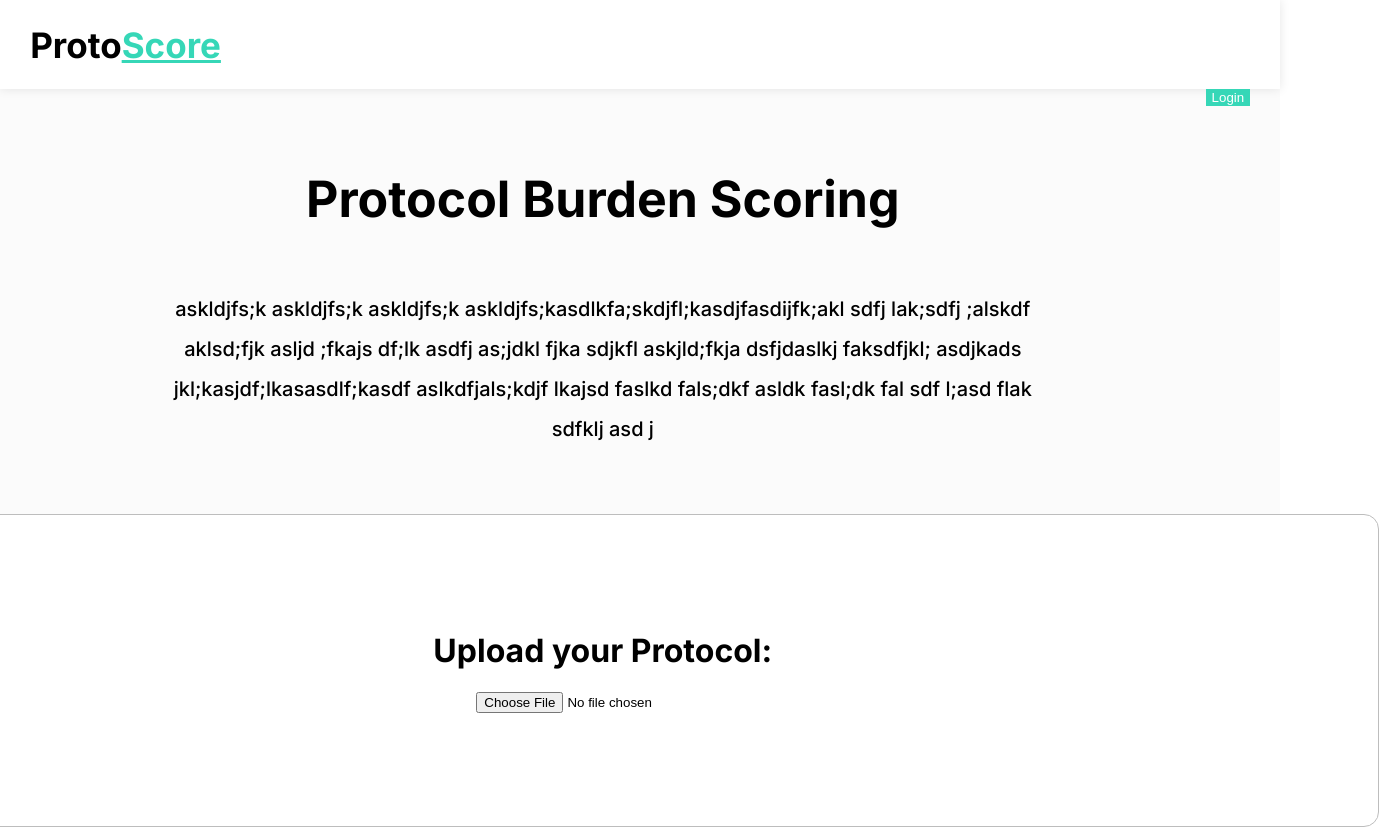
Repository: evanc108/Regeneron2024
Page: / (app in regeneron/)
These files come from the project's save history. The page is drawn as it stood at one moment and after the next save; the edit follows.
The browser window is 1280 px wide. The page is 1379 px wide, then 1365 px, so the pictures cover 1379 px, including what lies to the right of the window. The pictures show the whole page.
The project was rebuilt for these pictures with package versions that can differ from the ones it lists, and the page was loaded fresh each time.

Above is the page before, as saved 2024-05-14 02:34:20.

### regeneron/src/App.js
import './App.css';
import React, { useState } from 'react';
import Feedback from './pages/Feedback';


function App() {
  return (
    <div className="App">
      <div style={{backgroundColor: "white", width: "100%", padding: "0.2px", boxShadow: "0px 0px 10px rgba(0, 0, 0, 0.1)"}}>
        <h1 style={{ marginLeft: "30px", fontSize: "35px", textAlign: "left"}}>
          <span style={{color: "black"}}>Proto</span>
          <span style={{color: "#36d7b7", textDecoration: "underline"}}>Score</span>
        </h1>
        <button style={{float: "right", marginRight: "30px", backgroundColor:"#36d7b7", border:"none", color:"white"}}>Login</button>
      </div>


      {/* <input value={inputValue} onChange={handleChange}></input>
      <button onClick={sendRequest}>Click me</button>
      <div>
        <p>Physical Burden: {burden.physical}</p>
        <p>Logistical Burden: {burden.logistical}</p>
        <p>Financial: {burden.financial}</p>
        <p>Psychological Burden: {burden.psychological}</p>
      </div> */}
      <Feedback></Feedback>
    </div>
  );
}

export default App;

### regeneron/src/App.css
.App {
  text-align: center;
  background-color: #fbfbfb;
  margin: 0;
  height: 110vh;
}

body {
  font-family: 'Inter', sans-serif;
  margin: 0;
  padding: 0;
  height: 110vh;
}

.App-logo {
  height: 40vmin;
  pointer-events: none;
}

@media (prefers-reduced-motion: no-preference) {
  .App-logo {
    animation: App-logo-spin infinite 20s linear;
  }
}

.App-header {
  background-color: #282c34;
  min-height: 100vh;
  display: flex;
  flex-direction: column;
  align-items: center;
  justify-content: center;
  font-size: calc(10px + 2vmin);
  color: white;
}

.App-link {
  color: #61dafb;
}

@keyframes App-logo-spin {
  from {
    transform: rotate(0deg);
  }
  to {
    transform: rotate(360deg);
  }
}

### regeneron/src/pages/Feedback.js
import React, { useState } from 'react';
import '../styles/feedback.css';
import { handleExtraction } from '../openAIServices';
import { PropagateLoader } from 'react-spinners';

function Feedback() {
    const [fileUploaded, setFileUploaded] = useState(false);
    const [loading, setLoading] = useState(false);
    const [burden, setBurden] = useState({});
    const [pdfUrl, setPdfUrl] = useState("");

    const handleFileUpload = async (text) => {
        setLoading(true);
        // Uncomment and use when API is connected
        // const response = await handleExtraction(text);
        // setBurden(response);
        setFileUploaded(true);
        setLoading(false);
    };

    function extractText(event) {
        const file = event.target.files[0];
        if (file) {
            const url = URL.createObjectURL(file);
            setPdfUrl(url);
            setFileUploaded(true);

            const reader = new FileReader();
            reader.onload = async (e) => {
                const text = await reader.result;
                console.log(text);
                handleFileUpload(text);
            };
            reader.readAsText(file);
        }
    }

    return (
        <div className="feedback-container">
            {!fileUploaded && (
                <div style={{display:"flex", flexDirection:"column", justifyContent:"center", alignItems:"center", marginTop:"5%"}}>
                    <div className="onboarding">
                        <h1 style={{fontSize:"50px", marginBottom:"40px"}}>Protocol Burden Scoring</h1>
                        <p style={{textOverflow: "ellipsis", whiteSpace: "normal", width: "900px", lineHeight:"40px"}}>
                            askldjfs;k askldjfs;k askldjfs;k askldjfs;kasdlkfa;skdjfl;kasdjfasdijfk;akl sdfj lak;sdfj ;alskdf aklsd;fjk asljd ;fkajs df;lk asdfj as;jdkl fjka sdjkfl askjld;fkja dsfjdaslkj faksdfjkl; asdjkads jkl;kasjdf;lkasasdlf;kasdf aslkdfjals;kdjf lkajsd faslkd fals;dkf asldk fasl;dk fal sdf l;asd flak sdfklj asd j</p>
                    </div>
                    <div className='upload-file'>
                        {!fileUploaded && !loading && (
                            <div>
                                <h1>Upload your Protocol:</h1>
                                <input
                                    type="file"
                                    accept=".pdf"
                                    onChange={extractText}
                                />
                            </div>
                        )}
                        {loading && (
                            <div style={{ marginTop: "30px" }}>
                                <h2>Calculating Burden...</h2>
                                <PropagateLoader color="#36d7b7" />
                            </div>
                        )}
                    </div>
                </div>
            )}

            {fileUploaded && !loading && (
                <div className="protocol-container">
                    <div className="iframe-container">
                        <iframe src={pdfUrl} style={{ width: '100%', height: '100%' }}></iframe>
                    </div>
                </div>
            )}
            {fileUploaded && !loading && (
                <div className="score-container">
                    <div>
                        <p style={{ fontSize: '17px', fontWeight: '300', marginBottom: '-3px' }}>Burden Score</p>
                        <span style={{ fontSize: '50px', fontWeight: '600' }}>{burden.score || 'N/A'}</span>
                    </div>
                </div>
            )}
        </div>
    );
}

export default Feedback;

### regeneron/src/styles/feedback.css
.feedback-container {
    display: flex;
    flex-direction: row;
    justify-content: center;
    margin-top: -2.5%;
}

.onboarding {
    font-size: 20px;
    font-weight: 500;
    margin-top: 2%;
    display: flex;
    flex-direction: column;
    justify-content: center;
    align-items: center;
}

.upload-file {
    border-color: rgb(189, 189, 189);
    border-width: 1px;
    border-style: solid;
    padding-left: 100px;
    padding-right: 100px;
    width: 150%;
    height: 30vh;
    margin-top: 5%;
    border-radius: 15px;
    background-color: white;
    overflow: hidden;
    padding-top: 10.5%;
}

.protocol-container {
    border-color: rgb(189, 189, 189);
    border-width: 1px;
    border-style: solid;
    padding-left: 100px;
    padding-right: 100px;
    width: 40%;
    height: 68vh;
    margin-top: 5%;
    border-radius: 15px;
    background-color: white;
    overflow: hidden;
    padding-top: 10.5%;
}

.score-container {
    border-color: rgb(189, 189, 189);
    border-width: 1px;
    border-style: solid;
    padding: 100px;
    width: 10%;
    height: 65.3vh;
    margin-top: 5%;
    border-radius: 15px;
    background-color: white;
    margin-left: 30px;
}

.score {
    font-size: large;
}

.unique-score {
    font-size: 86px;
    font-weight: 500;
}


.iframe-container {
    top: -28%;
    width: 130%;
    left: -15%;
    height: 150%;  /* Adjust height as needed */
    overflow: hidden;
    position: relative;
}

Loaded but not shown: regeneron/public/index.html (common file); regeneron/src/index.js (common file); regeneron/src/openAIServices.js (no copy from this time; the picture is the same without it)

After the next save:
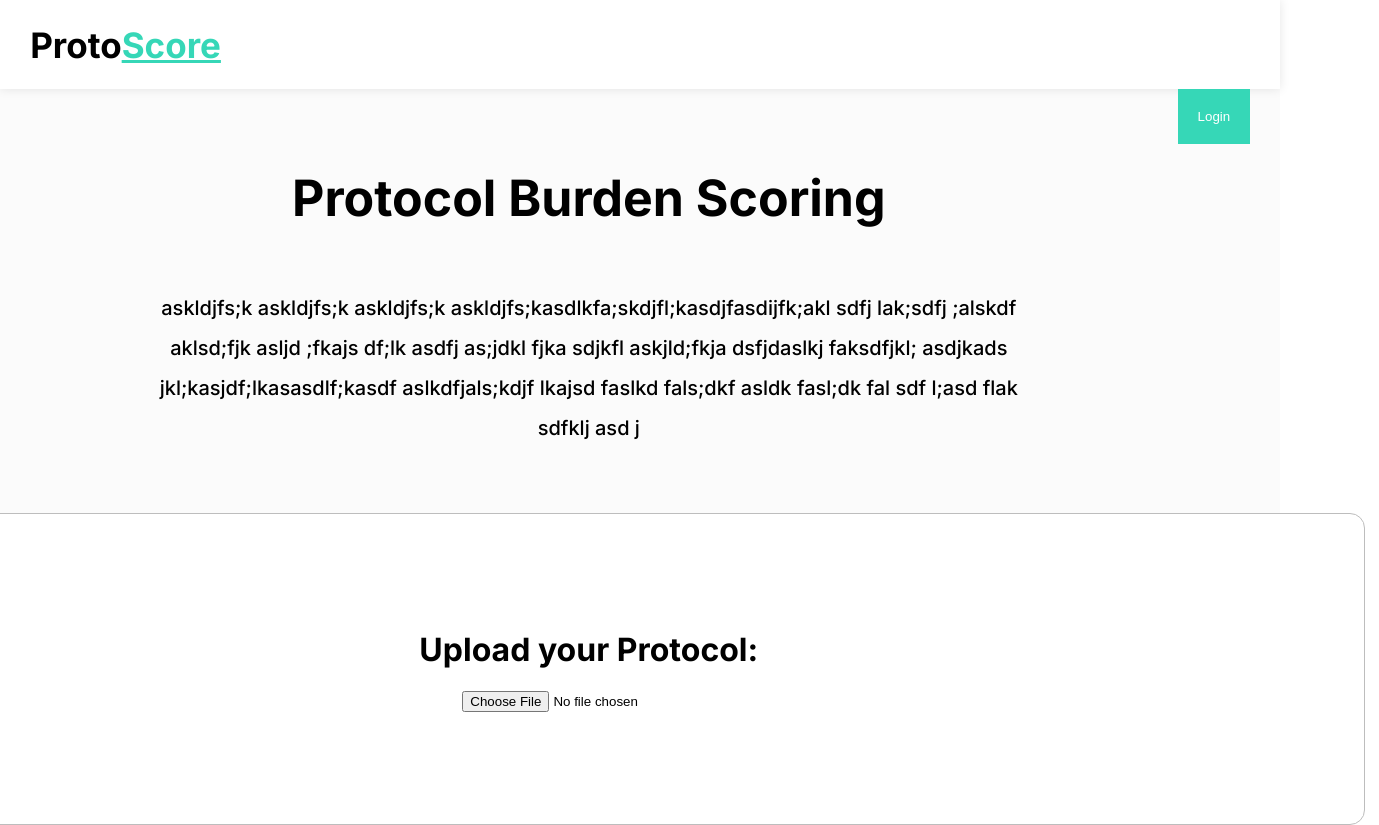
Saved 11 s later.
--- a/regeneron/src/App.js
+++ b/regeneron/src/App.js
@@ -11,7 +11,7 @@ function App() {
           <span style={{color: "black"}}>Proto</span>
           <span style={{color: "#36d7b7", textDecoration: "underline"}}>Score</span>
         </h1>
-        <button style={{float: "right", marginRight: "30px", backgroundColor:"#36d7b7", border:"none", color:"white"}}>Login</button>
+        <button style={{float: "right", marginRight: "30px", backgroundColor:"#36d7b7", border:"none", color:"white", padding:"20px"}}>Login</button>
       </div>
 
 
